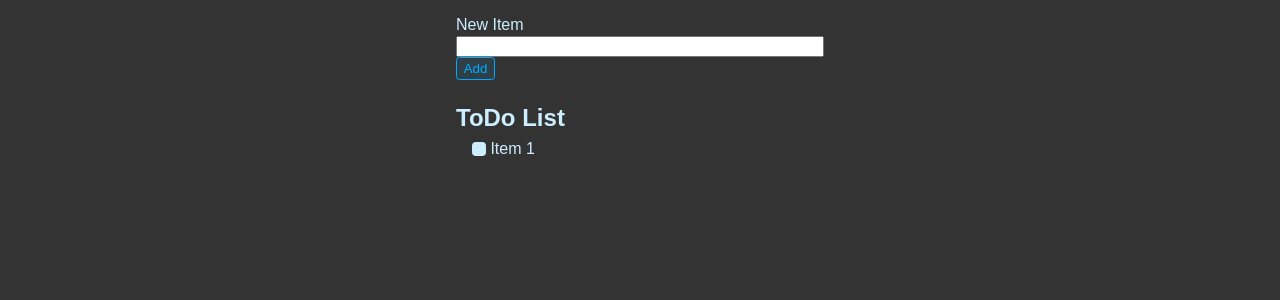
Repository: kemsig/CSFE24
Page: / (app in Week3- Todo/)
These files come from the project's save history. The page is drawn as it stood at one moment and after the next save; the edit follows.
The browser window is 1280 px wide. The pictures show the whole page.
The project was rebuilt for these pictures with package versions that can differ from the ones it lists, and the page was loaded fresh each time. Also part of the build but not shown: Week3- Todo/vite.config.js.

Above is the page before, as saved 2024-03-07 22:11:58.

### Week3- Todo/src/App.jsx
import "./styles.css"


export default function App(){
  return (
  <>
  <form className="item-form">
    <div className="form-row">
      <label htmlFor="item">New Item</label>
      <input type="text" id="item" />
    </div>
    <button className="btn">Add</button>
  </form>

  <h1 className="header">ToDo List</h1>
  <u1 className="list">
    <li>
      <label>
        <input type="checkbox"/>
        Item 1
      </label>

    </li>
  </u1>
  </>
)
}

Loaded but not shown: Week3- Todo/index.html (common file); Week3- Todo/src/main.jsx (common file); Week3- Todo/src/styles.css (common file)

After the next save:
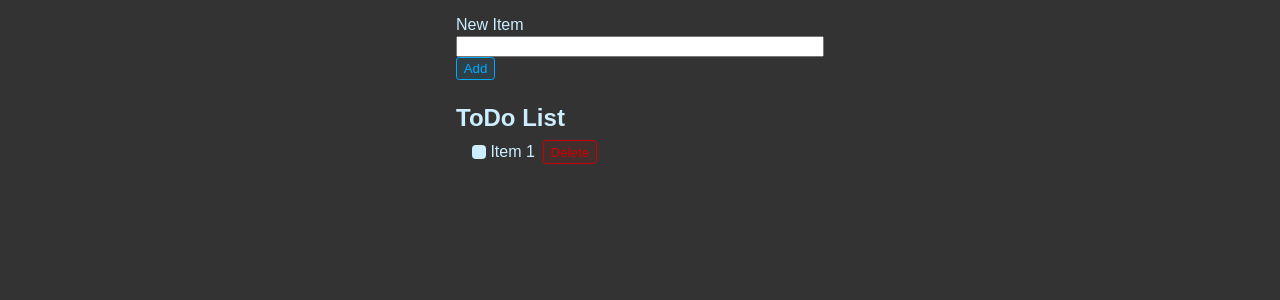
Saved 26 s later.
--- a/Week3- Todo/src/App.jsx
+++ b/Week3- Todo/src/App.jsx
@@ -19,7 +19,7 @@ export default function App(){
         <input type="checkbox"/>
         Item 1
       </label>
-
+      <button className="btn btn-danger">Delete</button>
     </li>
   </u1>
   </>
